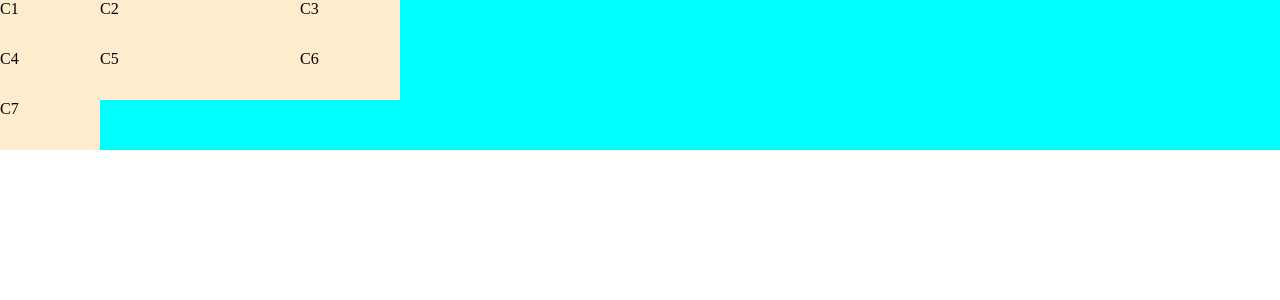
Repository: nepali2385/FUll-stack-practice
Page: Day5/Day5/grid.html
The author's editor kept a copy of each file at every save. The page is drawn from the files as they stood at one save, then again after the next save.
The browser window is 1280 px wide. The pictures show the whole page.

Above is the page before, as saved 2024-08-27 15:08:57.

After the next save:
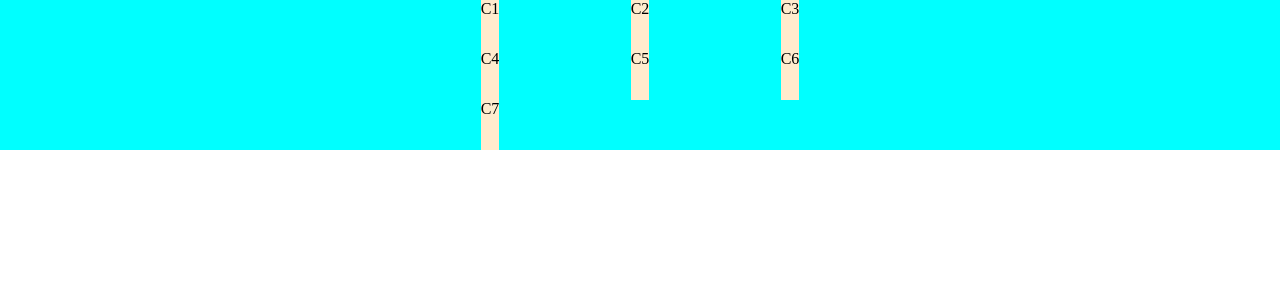
Saved 14 s later.
--- a/Day5/Day5/grid.css
+++ b/Day5/Day5/grid.css
@@ -9,7 +9,7 @@
     grid-template-columns: 100px 200px 100px;
     grid-auto-rows: 50px;
     background-color: aqua;
-    justify-content:;center
+    justify-content:center;
     justify-items: center;
 }
 .card{
